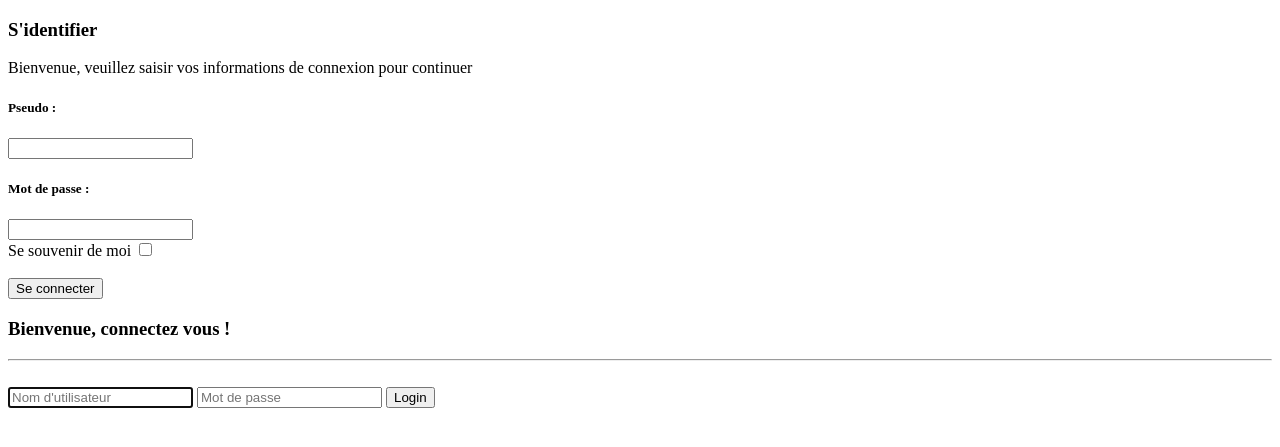
Repository: vmele/Cote
Page: http://localhost/PPE4_VMELE/ConnexionServlet
An editor plug-in stored every save of this project. The page is shown before and after the next save, followed by the edit.
The browser window is 1280 px wide. The pictures show the whole page.
The page is served by Tomcat 9. Other server files are loaded and not shown.

Above is the page before, as saved 2017-05-31 16:54:06.

### Workspace/PPE4_VMELE/WebContent/index.jsp
<%@ page language="java" contentType="text/html; charset=UTF-8"
	pageEncoding="UTF-8"%>
<%-- <%@ taglib uri="http://java.sun.com/jsp/jstl/core" prefix="c"%>
 --%>
<!DOCTYPE html>
<html>
<head>
<title>Connexion</title>

</head>

<body>

	<h3>S'identifier</h3>
	<p>Bienvenue, veuillez saisir vos informations de connexion pour
		continuer</p>
	<form action="LoginServlet" method="POST" name="formulaireConnexion">

		<!--  A GARDER -->
		<%-- 		<c:if test="${CONTROLE_CONNEXION eq'NOK'}">
			<div>
				<strong>Erreur</strong> La combinaison est incorrecte.
			</div>
		</c:if> --%>

		<h5>Pseudo :</h5>
		<input type="text" name="LOGIN" id="LOGIN" value="${LOGIN}">
		<h5>Mot de passe :</h5>
		<input type="password" name="PASSWORD" id="PASSWORD" value="${MDP}">
		<br> <label for="MEMOIRE">Se souvenir de moi</label> <input
			type="checkbox" id="MEMOIRE" name="MEMOIRE">
		<c:if test="${MEMOIRE eq'OK'}">
		</c:if>
		<br> <br> <input type="submit" name="submit" id="sumbit"
			value="Se connecter"> <br>

	</form>

	<div class="container">
		<div class="wrapper">
			<form action="LoginServlet" method="POST" name="formulaireConnexion"
				class="form-signin">
				<h3 class="form-signin-heading">Bienvenue, connectez vous !</h3>
				<hr class="colorgraph">
				<br> <input type="text" class="form-control" name="LOGIN" id="LOGIN" value="${LOGIN}"
					placeholder="Nom d'utilisateur" required="" autofocus="" />

					<input
					type="password" class="form-control" name="PASSWORD" id="PASSWORD" value="${MDP}"
					placeholder="Mot de passe" required="" />

				<button class="btn btn-lg btn-primary btn-block" name="Submit"
					value="Login" type="Submit">Login</button>
			</form>
		</div>
	</div>
</body>
</html>

### Workspace/PPE4_VMELE/src/servlet/ConnexionServlet.java
package servlet;

import java.io.IOException;
import javax.servlet.ServletException;
import javax.servlet.http.Cookie;
import javax.servlet.http.HttpServlet;
import javax.servlet.http.HttpServletRequest;
import javax.servlet.http.HttpServletResponse;

/**
 * Servlet implementation class ConnexionServlet
 */
public class ConnexionServlet extends HttpServlet
{
	private static final long serialVersionUID = 1L;
	public static final int COOKIE_MAX_AGE = 60 * 60 * 24 * 365; // 1 an

	/**
	 * @see HttpServlet#HttpServlet()
	 */
	public ConnexionServlet()
	{
		super();
		System.out.println("Constructeur ConnexionServlet");

		// TODO Auto-generated constructor stub
	}

	/**
	 * @see HttpServlet#doGet(HttpServletRequest request, HttpServletResponse
	 *      response)
	 */
	protected void doGet(HttpServletRequest request, HttpServletResponse response) throws ServletException, IOException
	{
		String contenuCookie = getCookieValue(request, "LOGIN");
		String login = "";
		String mdp = "";
		String memoire = "";
		int index1;
		int index2;

		if (contenuCookie != null)
		{
			index1 = contenuCookie.indexOf("-");
			index2 = contenuCookie.indexOf("/");

			memoire = contenuCookie.substring(0, index1);

			if (memoire.equals("OK"))
			{
				login = contenuCookie.substring(index1 + 1, index2);
				mdp = contenuCookie.substring(index2 + 1);
			}
			request.setAttribute("LOGIN", login);
			request.setAttribute("MDP", mdp);
			request.setAttribute("MEMOIRE", memoire);
		}
		request.getRequestDispatcher("/index.jsp").forward(request, response);
	}

	/**
	 * @see HttpServlet#doPost(HttpServletRequest request, HttpServletResponse
	 *      response)
	 */
	protected void doPost(HttpServletRequest request, HttpServletResponse response) throws ServletException, IOException
	{
		// TODO Auto-generated method stub
		doGet(request, response);
	}

	private static String getCookieValue(HttpServletRequest request, String login)
	{
		Cookie[] cookies = request.getCookies();

		if (cookies != null)
		{
			for (Cookie cookie : cookies)
			{
				if (cookie != null && login.equals(cookie.getName()))
				{
					return cookie.getValue();
				}
			}
		}
		return null;
	}
}

After the next save:
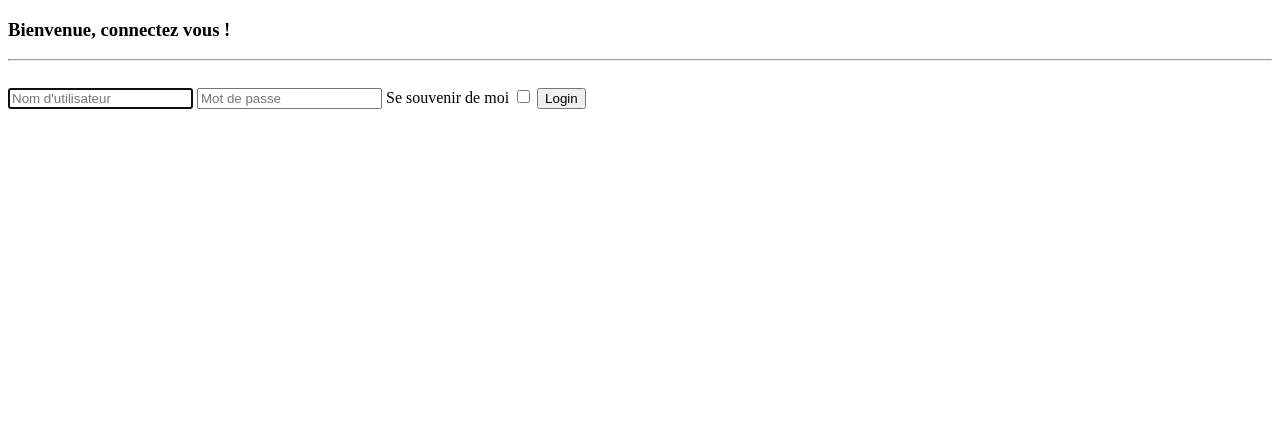
Saved 22 s later.
--- a/Workspace/PPE4_VMELE/WebContent/index.jsp
+++ b/Workspace/PPE4_VMELE/WebContent/index.jsp
@@ -11,17 +11,17 @@
 
 <body>
 
-	<h3>S'identifier</h3>
+<%-- 	<h3>S'identifier</h3>
 	<p>Bienvenue, veuillez saisir vos informations de connexion pour
 		continuer</p>
 	<form action="LoginServlet" method="POST" name="formulaireConnexion">
 
 		<!--  A GARDER -->
-		<%-- 		<c:if test="${CONTROLE_CONNEXION eq'NOK'}">
+				<c:if test="${CONTROLE_CONNEXION eq'NOK'}">
 			<div>
 				<strong>Erreur</strong> La combinaison est incorrecte.
 			</div>
-		</c:if> --%>
+		</c:if>
 
 		<h5>Pseudo :</h5>
 		<input type="text" name="LOGIN" id="LOGIN" value="${LOGIN}">
@@ -34,7 +34,7 @@
 		<br> <br> <input type="submit" name="submit" id="sumbit"
 			value="Se connecter"> <br>
 
-	</form>
+	</form> --%>
 
 	<div class="container">
 		<div class="wrapper">
@@ -49,6 +49,12 @@
 					type="password" class="form-control" name="PASSWORD" id="PASSWORD" value="${MDP}"
 					placeholder="Mot de passe" required="" />
 
+
+<label for="MEMOIRE">Se souvenir de moi</label> <input
+			type="checkbox" id="MEMOIRE" name="MEMOIRE">
+		<c:if test="${MEMOIRE eq'OK'}">
+		</c:if>
+
 				<button class="btn btn-lg btn-primary btn-block" name="Submit"
 					value="Login" type="Submit">Login</button>
 			</form>
